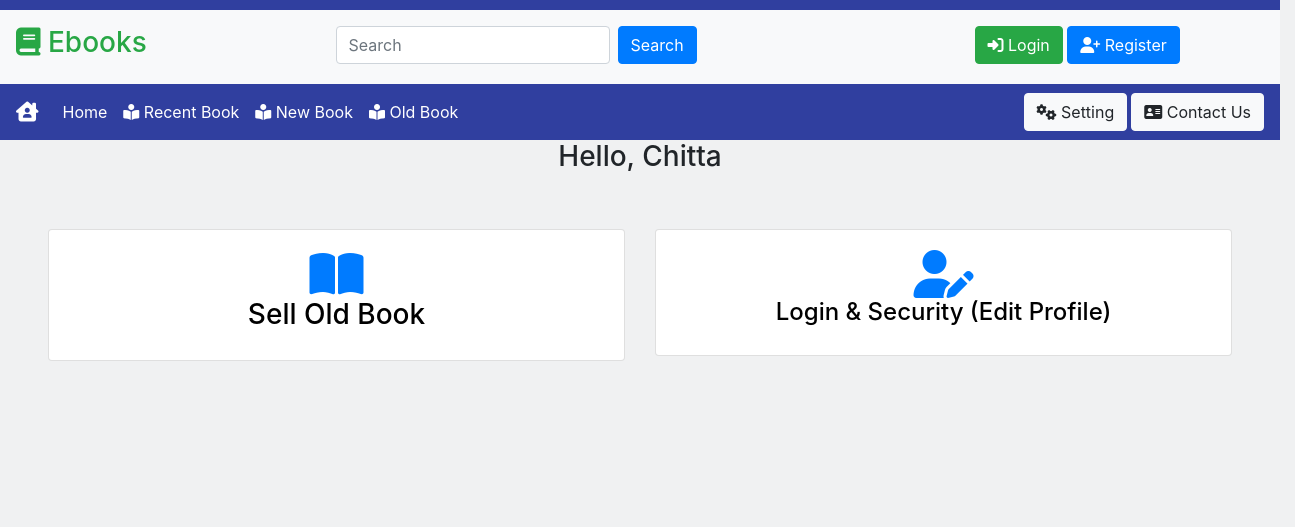
Repository: chittaranjan24/E-Books_Management_System
Page: http://localhost/Ebook-App/setting.jsp
The author's editor kept a copy of each file at every save. The page is drawn from the files as they stood at one save, then again after the next save.
The browser window is 1280 px wide. The page is 1295 px wide, so the pictures cover 1295 px, including what lies to the right of the window. The pictures show the whole page.
Some web libraries are served in a nearby version. The page is served by Tomcat 9.

Above is the page before, as saved 2023-08-31 10:04:20.

After the next save:
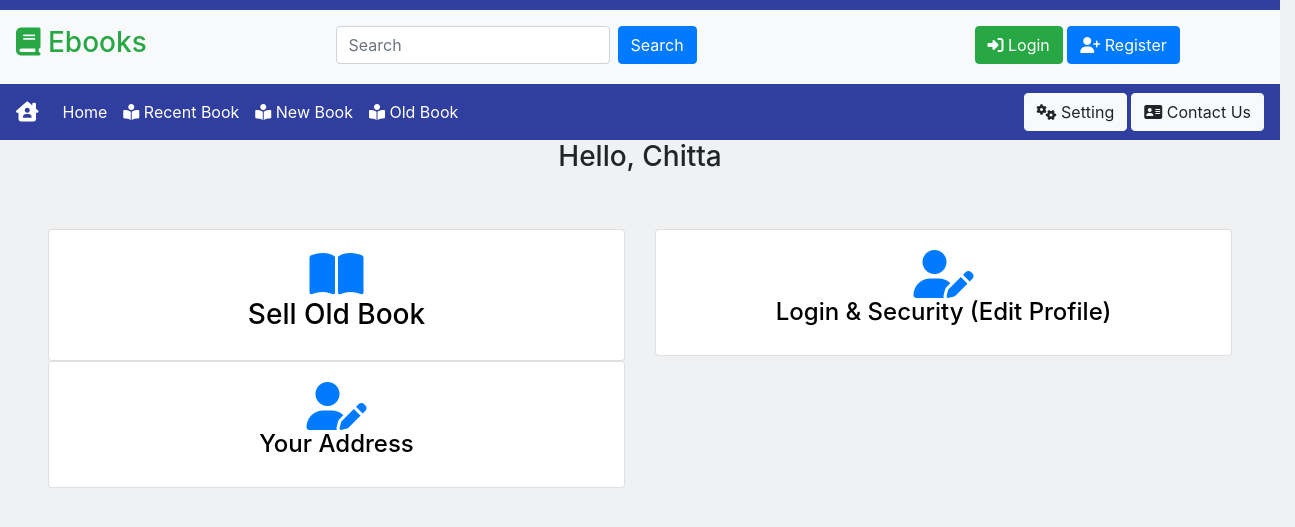
Saved 88 s later.
--- a/Ebook-App/src/main/webapp/setting.jsp
+++ b/Ebook-App/src/main/webapp/setting.jsp
@@ -47,6 +47,17 @@ color:red;
 				</a>
 			</div>
 
+			<div class="col-md-6">
+				<a href="">
+					<div class="card">
+						<div class="card-body text-center">
+							<div class="text-primary"><i class="fa-solid fa-user-pen fa-3x"></i></div>
+							<h4>Your Address</h4>
+						</div>
+					</div>
+				</a>
+			</div>
+
 		</div>
 	</div>
 
